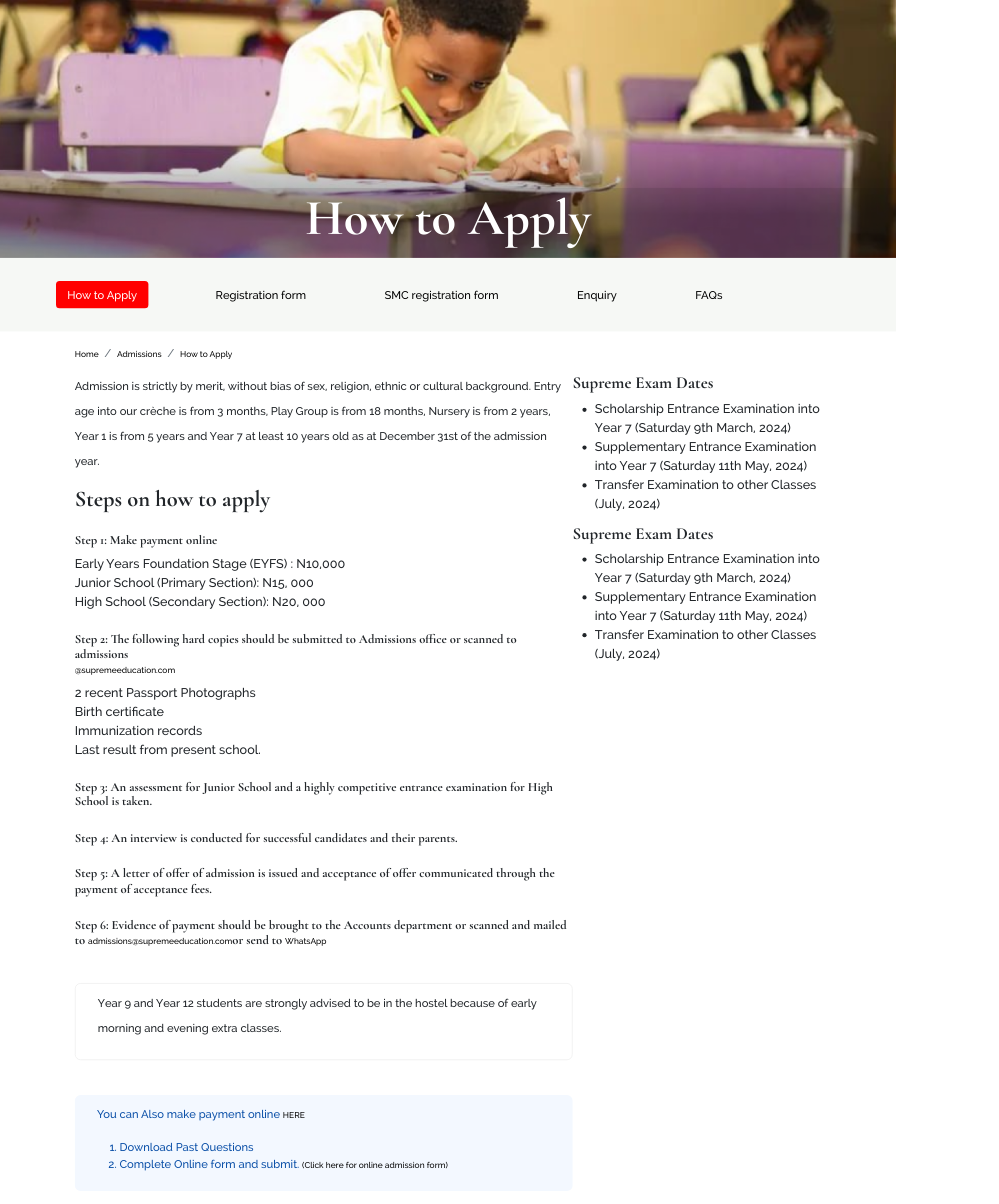
Repository: sarahnnanyelugo/supreme-education
Page: /apply
The author's editor kept a copy of each file at every save. The page is drawn from the files as they stood at one save, then again after the next save.
The browser window is 1280 px wide. The page is 1427 px wide, so the pictures cover 1427 px, including what lies to the right of the window. The pictures show the part of the page from y = 308 to 2028 px (the page is 2867 px tall), at 70% of full size.
The project was rebuilt for these pictures with package versions that can differ from the ones it lists, and the page was loaded fresh each time. Also part of the build but not shown: src/pages/Home/News/news.scss, src/pages/Home/News/News.js, src/pages/Home/Home.js, src/pages/Founder/founder.scss, src/pages/Founder/Founder.js, src/pages/CEO/ceo.scss, src/pages/CEO/CEO.js, src/pages/WhoWeAre/who-we-are.scss and 5 more.

Above is the page before, as saved 2023-12-20 12:56:44.

After the next save:
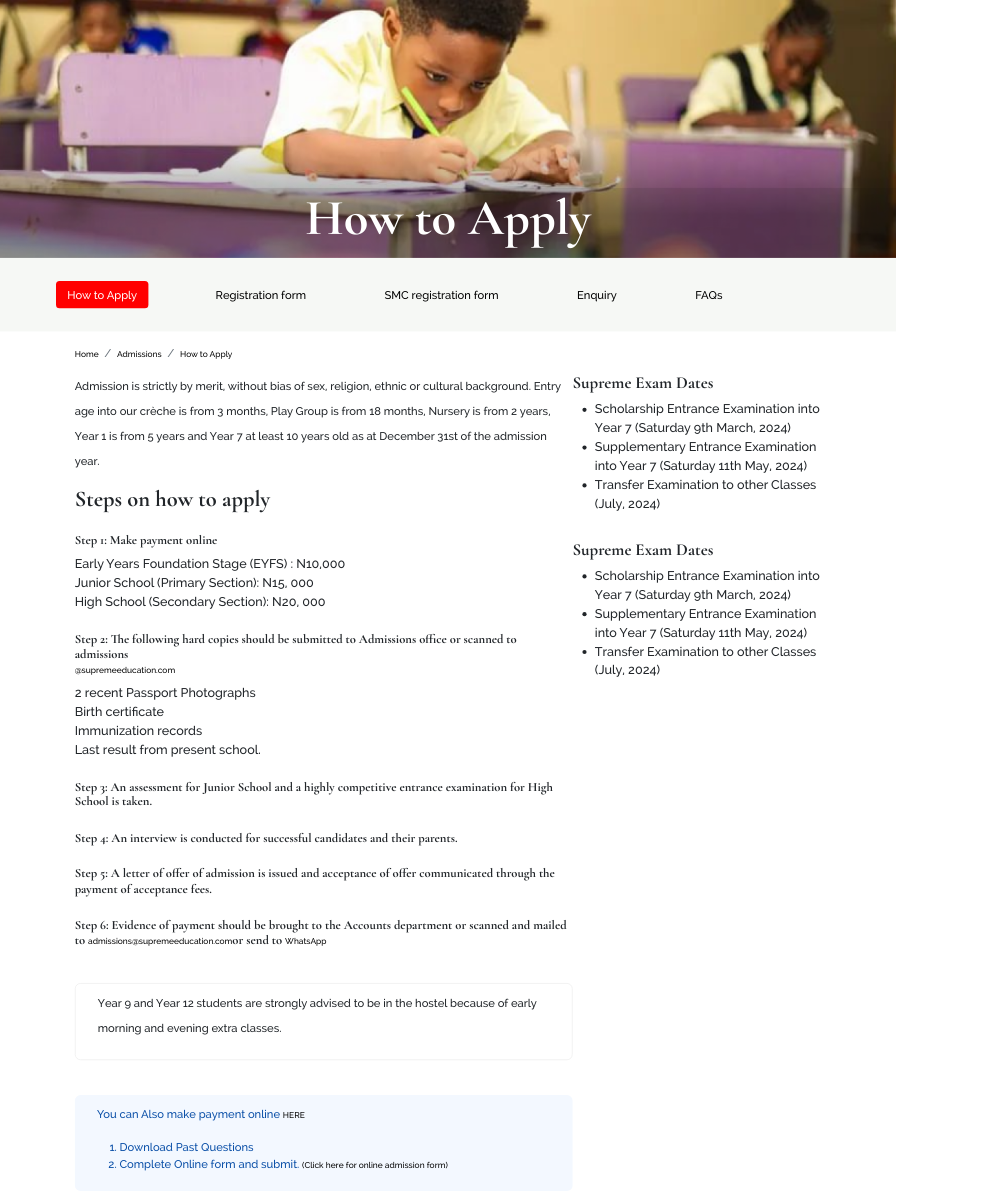
Saved 12 s later.
--- a/src/pages/Apply/Apply.js
+++ b/src/pages/Apply/Apply.js
@@ -105,7 +105,7 @@
               <li>Transfer Examination to other Classes (July, 2024)</li>
             </ul>
           </div>{" "}
-          <div className="info-div4">
+          <div className="info-div4 mt4">
             <h4>Supreme Exam Dates</h4>
             <ul>
               <li>
